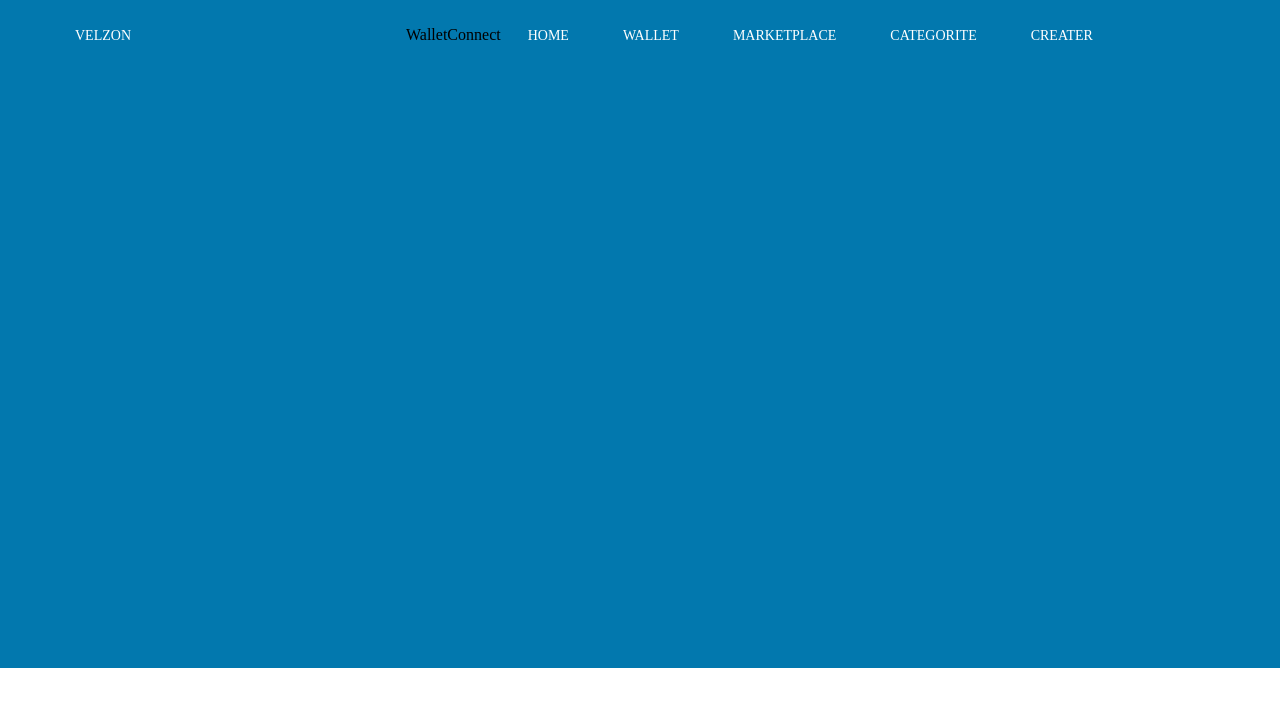
Repository: HuynhDuc23/Webvideodesgin
Page: index.html
The author's editor kept a copy of each file at every save. The page is drawn from the files as they stood at one save, then again after the next save.
The browser window is 1280 px wide. The pictures show the whole page.
The style sheet was rebuilt from its Sass, Less or Tailwind sources for each picture, by a compiler version that may differ from the author's.

Above is the page before, as saved 2023-04-25 11:19:43.

### index.html
<!DOCTYPE html>
<html lang="en">
<head>
    <meta charset="UTF-8">
    <meta http-equiv="X-UA-Compatible" content="IE=edge">
    <meta name="viewport" content="width=device-width, initial-scale=1.0">
    <link rel="stylesheet" href="https://cdnjs.cloudflare.com/ajax/libs/font-awesome/6.4.0/css/all.min.css" integrity="sha512-iecdLmaskl7CVkqkXNQ/ZH/XLlvWZOJyj7Yy7tcenmpD1ypASozpmT/E0iPtmFIB46ZmdtAc9eNBvH0H/ZpiBw==" crossorigin="anonymous" referrerpolicy="no-referrer" />
    <link rel="stylesheet" href="./reset.css">
    <link rel="stylesheet" href="style.css">
    <title>LoadingPage</title>
</head>
<body>
    <div class="loadingpage">
     <div class="loadingpage__heading">
        <div class="loadingpage__header">
            <div class="loadingpage__left"><h4 class="loadingpage__content">VELZON</h4></div>
            <div class="loaddingpage__right">
                <ul class="loadingpage__list">
                    <li class="loadingpage__items"><h5 class="loadingpage__padding">Home</h5></li>
                    <li class="loadingpage__items"><h5 class="loadingpage__padding">Wallet</h5></li>
                    <li class="loadingpage__items"><h5 class="loadingpage__padding">MarketPlace</h5></li>
                    <li class="loadingpage__items"><h5 class="loadingpage__padding">categorite</h5></li>
                    <li class="loadingpage__items"><h5 class="loadingpage__padding">Creater</h5></li>
                </ul>
            </div>
        </div>
     </div>
    </div>
</body>
</html>

### style.scss
html {
    box-sizing: border-box;
}
*{
    font-size: 16.5rem;
    font-family: 'Segoe UI', Tahoma, Geneva, Verdana, sans-serif;
}
.loadingpage {
    &__heading {
        width: 100%;
        height: 668px;
      //  background-color: #0278ae;
        background-color:rgb(2,120,174);
    }
    &__header {
        width: 100%;
        height: 70px;
        background-color: #0278ae;
        display: flex ;
        justify-content: flex-start;
        align-items: center;
        border-radius: 10px solid red;
    }
    &__left {
        padding:  27px 75px;
        cursor: pointer;
    }
    &__content {
        color: white;
        font-weight: 500;
        font-size: 14px;
        line-height: 21px;
        text-transform: uppercase;
    }
    &__right {
        margin-left: 200px;
    }
    &__list {
        display: flex;
        align-items: center;
        padding-left: 200px;
        position: relative;
        &:before {
            content: "WalletConnect";
        }

    }
    &__items {
        padding: 27px;
        &:hover {
            color: #00bd9d;
            cursor: pointer;
        }
    }
    &__padding {
       color: white;
       font-weight: 500;
       font-size: 14px;
       line-height: 21px;
       text-transform: uppercase;
       &:hover {
        color: #00bd9d;
        cursor: pointer;
    }
    }

}

Loaded but not shown: reset.css (common file)

After the next save:
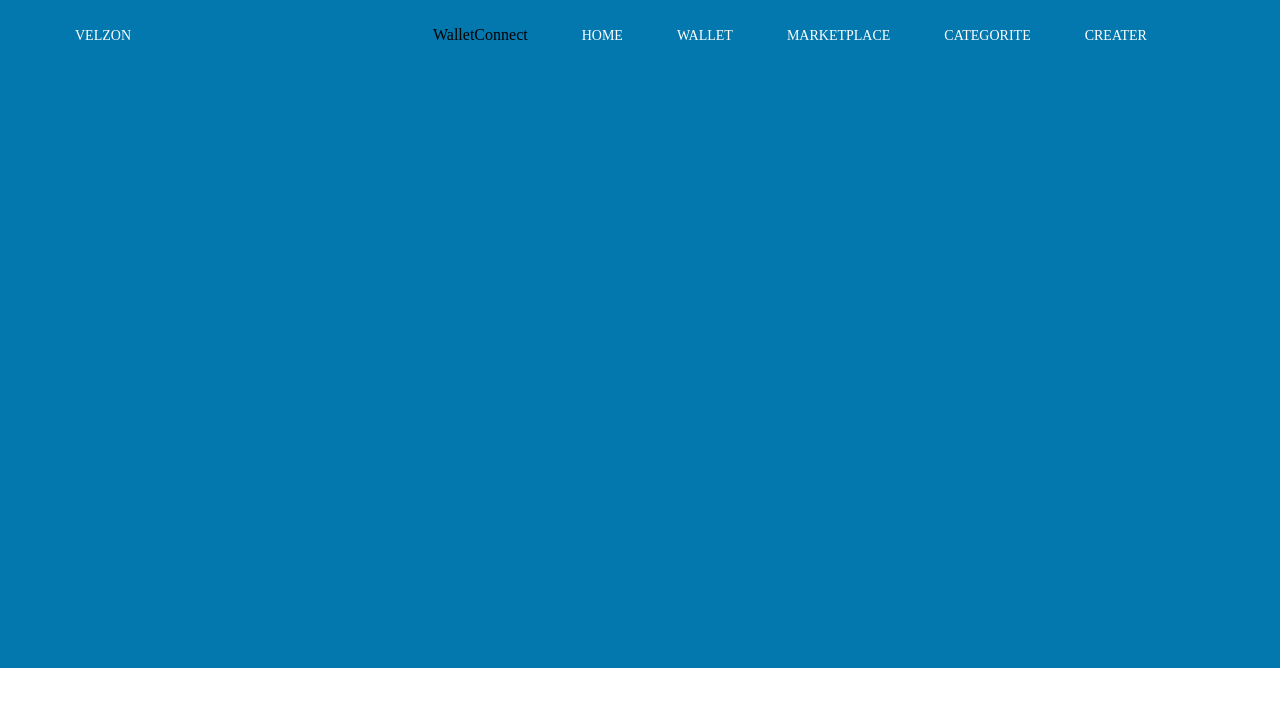
Saved 94 s later.
--- a/style.scss
+++ b/style.scss
@@ -42,6 +42,9 @@ html {
         position: relative;
         &:before {
             content: "WalletConnect";
+            padding: 27px ;
+            top: 0;
+            right: 48px;
         }
 
     }
